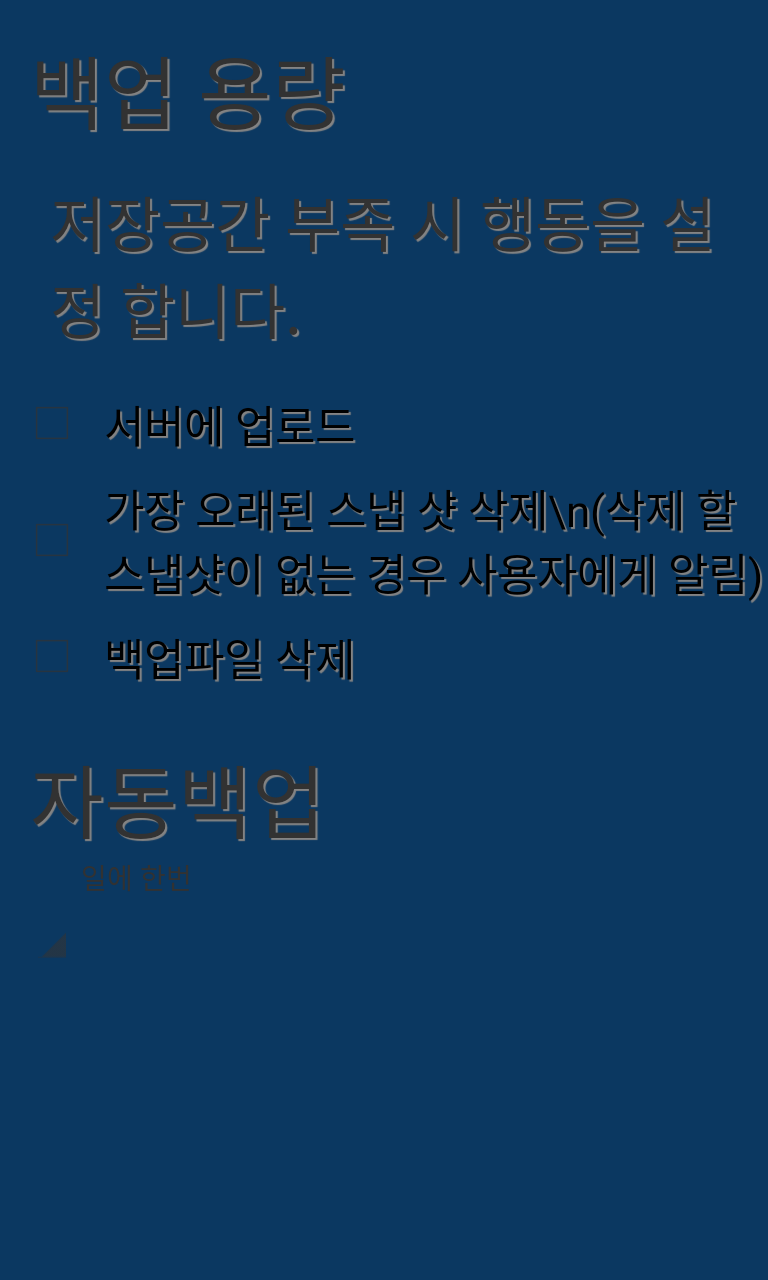
Repository: zzttt/LVM_BackupSol
Layout: TimeTraveler/res/layout/inflate_three.xml
An editor plug-in stored every save of this project. The layout is shown before and after the next save, followed by the edit.
It is drawn on a 768 x 1280 px phone screen (xhdpi) without system bars, with theme AppTheme; the app's code is not run. The app's manifest (not shown) leaves right-to-left support off. So textAlignment, textDirection and layoutDirection are ignored, and left and right values win over start and end ones.

Above is the layout before, as saved 2014-07-02 15:14:36.

### TimeTraveler/res/layout/inflate_three.xml
<?xml version="1.0" encoding="utf-8"?>
<RelativeLayout xmlns:android="http://schemas.android.com/apk/res/android"
    android:layout_width="fill_parent"
    android:layout_height="fill_parent"
    android:orientation="vertical" >

    <ScrollView
        android:id="@+id/elv_list3"
        android:layout_width="fill_parent"
        android:layout_height="fill_parent"
        android:background="#F4FA58"
        android:fillViewport="true" >

        <LinearLayout
            android:id="@+id/ll_three"
            android:layout_width="fill_parent"
            android:layout_height="fill_parent"
            android:background="#0B3861"
            android:orientation="vertical" >

            <TextView
                android:layout_width="match_parent"
                android:layout_height="wrap_content"
                android:layout_marginLeft="15dp"
                android:layout_marginTop="15dp"
                android:shadowColor="#848484"
                android:shadowDx="2"
                android:shadowDy="2"
                android:shadowRadius="0.01"
                android:text="백업 용량"
                android:textSize="40sp" />

            <TextView
                android:layout_width="match_parent"
                android:layout_height="wrap_content"
                android:layout_marginBottom="20dp"
                android:layout_marginLeft="25dp"
                android:layout_marginTop="15dp"
                android:shadowColor="#848484"
                android:shadowDx="2"
                android:shadowDy="2"
                android:shadowRadius="0.01"
                android:text="저장공간 부족 시 행동을 설정 합니다."
                android:textSize="30sp" />

            <CheckBox
                android:id="@+id/checkbox_upToSrv"
                android:layout_width="match_parent"
                android:layout_height="wrap_content"
                android:layout_marginBottom="10dp"
                android:layout_marginLeft="10dp"
                android:paddingLeft="10dp"
                android:shadowColor="#848484"
                android:shadowDx="2"
                android:shadowDy="2"
                android:shadowRadius="0.01"
                android:text="서버에 업로드"
                android:textSize="22sp" />

            <CheckBox
                android:id="@+id/checkbox_delSnapshot"
                android:layout_width="match_parent"
                android:layout_height="wrap_content"
                android:layout_marginBottom="10dp"
                android:layout_marginLeft="10dp"
                android:paddingLeft="10dp"
                android:shadowColor="#848484"
                android:shadowDx="2"
                android:shadowDy="2"
                android:shadowRadius="0.01"
                android:text="가장 오래된 스냅 샷 삭제\n(삭제 할 스냅샷이 없는 경우 사용자에게 알림)"
                android:textSize="22sp" />

            <CheckBox
                android:id="@+id/checkbox_delBackup"
                android:layout_width="match_parent"
                android:layout_height="wrap_content"
                android:layout_marginBottom="10dp"
                android:layout_marginLeft="10dp"
                android:paddingLeft="10dp"
                android:shadowColor="#848484"
                android:shadowDx="2"
                android:shadowDy="2"
                android:shadowRadius="0.01"
                android:text="백업파일 삭제"
                android:textSize="22sp" />

            <TextView
                android:layout_width="match_parent"
                android:layout_height="wrap_content"
                android:layout_marginLeft="15dp"
                android:layout_marginTop="15dp"
                android:shadowColor="#848484"
                android:shadowDx="2"
                android:shadowDy="2"
                android:shadowRadius="0.01"
                android:text="자동백업"
                android:textSize="40sp" />

            <LinearLayout
                android:layout_width="fill_parent"
                android:layout_height="wrap_content"
                android:orientation="horizontal" >

                <Spinner
                    android:id="@+id/dateSpinner"
                    android:layout_width="wrap_content"
                    android:layout_height="35dip"
                    android:layout_marginLeft="15dp"
                    android:layout_marginTop="20dp"
                    android:drawSelectorOnTop="true"
                    android:gravity="center"
                    android:textAlignment="center"
                    />
                <TextView
                    android:layout_width="match_parent"
                    android:layout_height="35dip"
					android:text=" 일에 한번 "
                    />
            </LinearLayout>
        </LinearLayout>
    </ScrollView>

</RelativeLayout>

Loaded but not shown: TimeTraveler/res/values/styles.xml (common file); TimeTraveler/res/values-v11/styles.xml (common file); TimeTraveler/res/values-v14/styles.xml (common file)

After the next save:
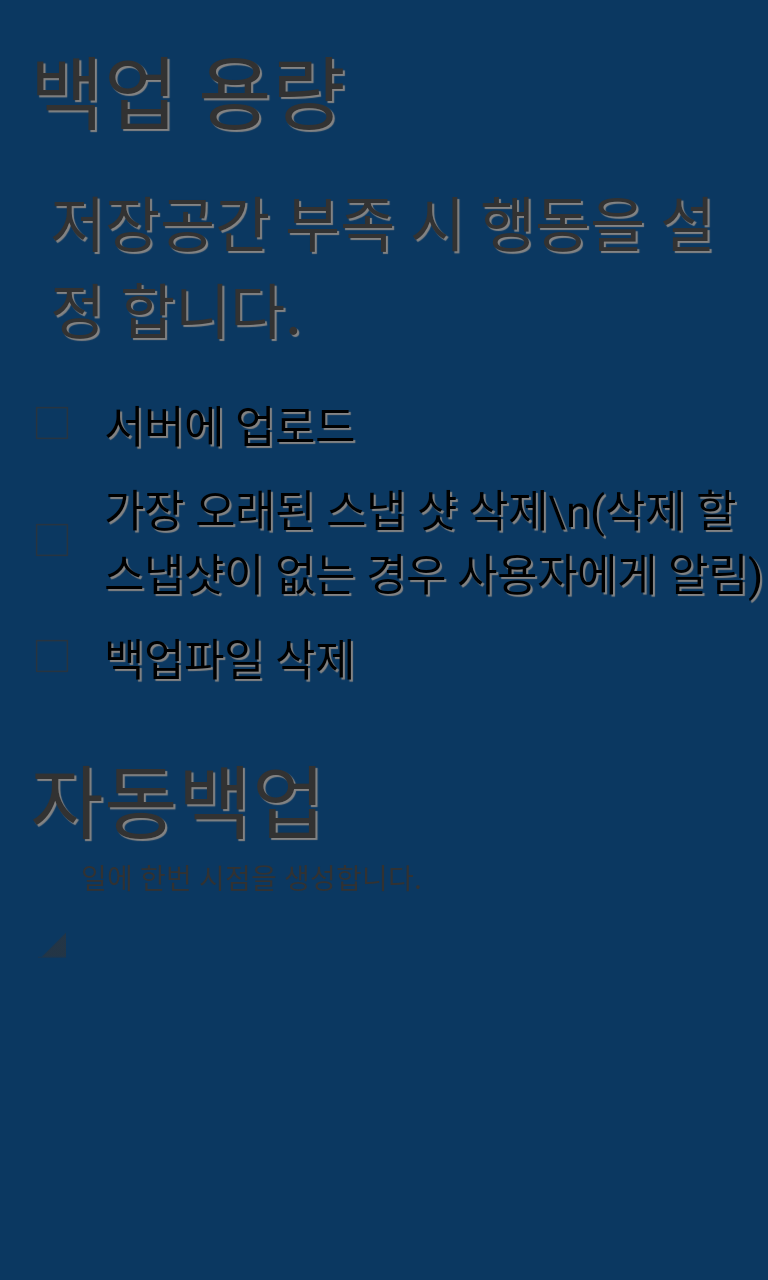
Saved 8 s later.
--- a/TimeTraveler/res/layout/inflate_three.xml
+++ b/TimeTraveler/res/layout/inflate_three.xml
@@ -115,7 +115,7 @@
                 <TextView
                     android:layout_width="match_parent"
                     android:layout_height="35dip"
-					android:text=" 일에 한번 "
+					android:text=" 일에 한번 시점을 생성합니다."
                     />
             </LinearLayout>
         </LinearLayout>
